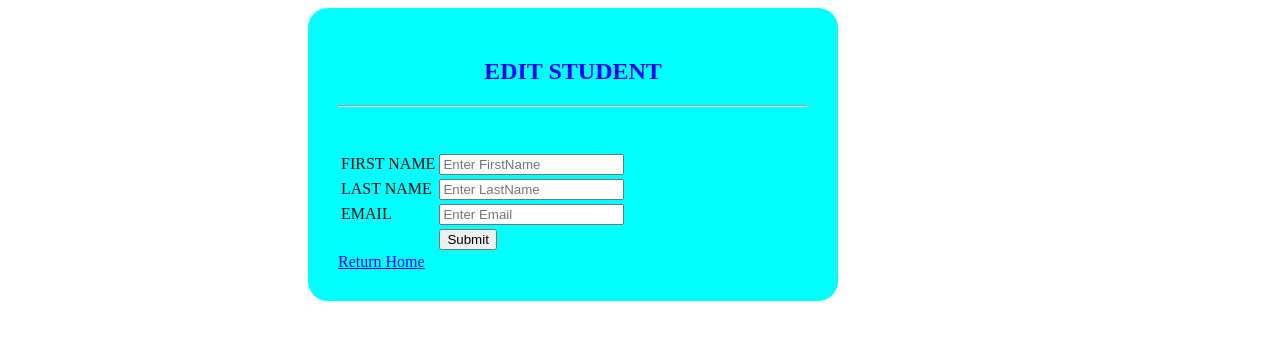
Repository: Catalyst-OTU/Java_Works
Page: http://localhost/Student-MVC/edit-Student-form.jsp
The author's editor kept a copy of each file at every save. The page is drawn from the files as they stood at one save, then again after the next save.
The browser window is 1280 px wide. The pictures show the whole page.
The page is served by Tomcat 9. Other server files are loaded and not shown.

Above is the page before, as saved 2021-02-02 19:42:19.

### Student-MVC/WebContent/edit-Student-form.jsp
<%@ page language="java" contentType="text/html; charset=ISO-8859-1"
    pageEncoding="ISO-8859-1"%>
<!DOCTYPE html>
<html>
<head>


	    <style>
        .conatiners{
                  margin-left: 300px;
                  margin-top: 10x;
                  background-color: aqua;
                  border-radius: 20px;
                  width: 470px;
                  padding: 30px;
                }
                h2{color: blue; text-align: center; cursor: pointer;}
                h2:hover{color: black;}
    </style>

<meta charset="ISO-8859-1">
<title>Edit Student</title>
</head>
<body>

<div class="conatiners">

<h2>EDIT STUDENT</h2>
 <hr>
 <br/> <br/>

<form action="home" method="post">

<input type="hidden" name="from" value="editStudent" />
<input type="hidden" name="student_id" value="${param.student_id}" />

<table class="formtable">

<tbody>
	<tr>
		<td class="label"> <label> FIRST NAME </label> </td>
		<td> <input class="control-form" type="text" name="firstName" value="${param.firstName}" placeholder="Enter FirstName" required/> </td>
	</tr>

	<tr>
		<td class="label"> <label> LAST NAME </label> </td>
		<td> <input class="control-form" type="text" name="lastName" value="${param.lastName}" placeholder="Enter LastName" required/> </td>
	</tr>

	<tr>
		<td class="label"> <label> EMAIL </label> </td>
		<td> <input class="control-form" type="email" name="email" value="${param.email}" placeholder="Enter Email" required/> </td>
	</tr>

	<tr>
		<td> <label></label> </td>
		<td> <input type="submit" value="Submit" /> </td>
	</tr>

</tbody>
</table>

</form>

<a href="index.jsp"> Return Home </a>

</div>
</body>
</html>

After the next save:
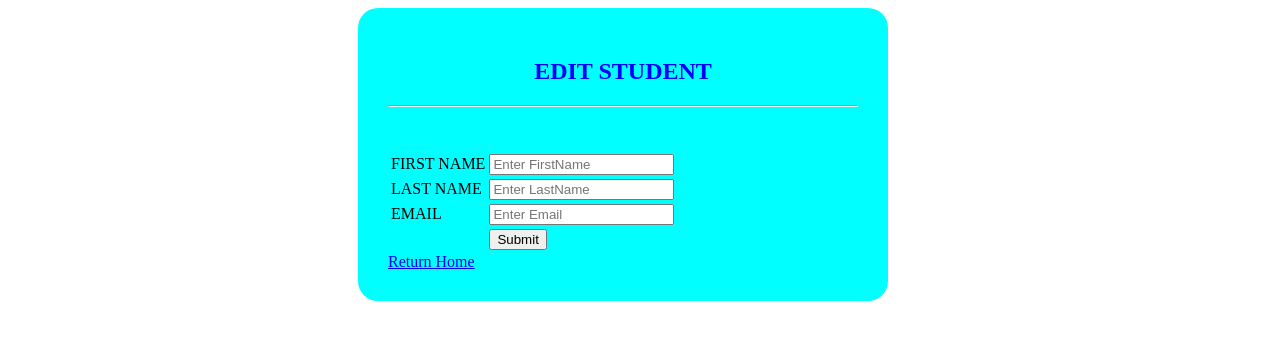
Saved 13 s later.
--- a/Student-MVC/WebContent/edit-Student-form.jsp
+++ b/Student-MVC/WebContent/edit-Student-form.jsp
@@ -7,7 +7,7 @@
 
 	    <style>
         .conatiners{
-                  margin-left: 300px;
+                  margin-left: 350px;
                   margin-top: 10x;
                   background-color: aqua;
                   border-radius: 20px;
